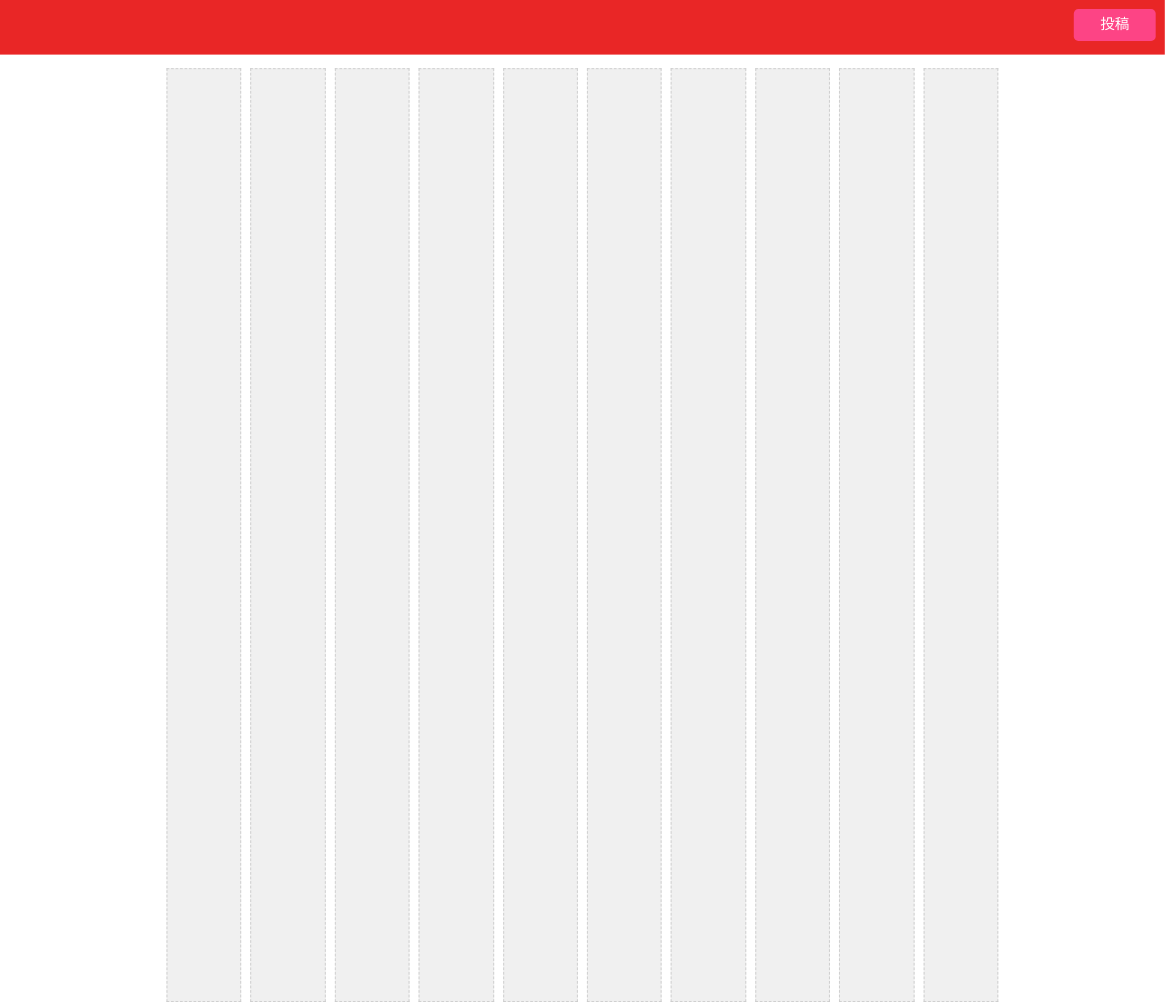
Repository: masaharu0090/yuibon_001
Page: http://localhost/html/index.php
The author's editor kept a copy of each file at every save. The page is drawn from the files as they stood at one save, then again after the next save.
The browser window is 1280 px wide. The pictures show the whole page, at 91% of full size.
The page is run by PHP 8.4 with error messages shown; the project is at /var/www/html/. Queries for data that is not in the repository find no rows.

Above is the page before, as saved 2023-08-01 17:49:48.
Not found: ImagePosting_08.04/style_2.css

After the next save:
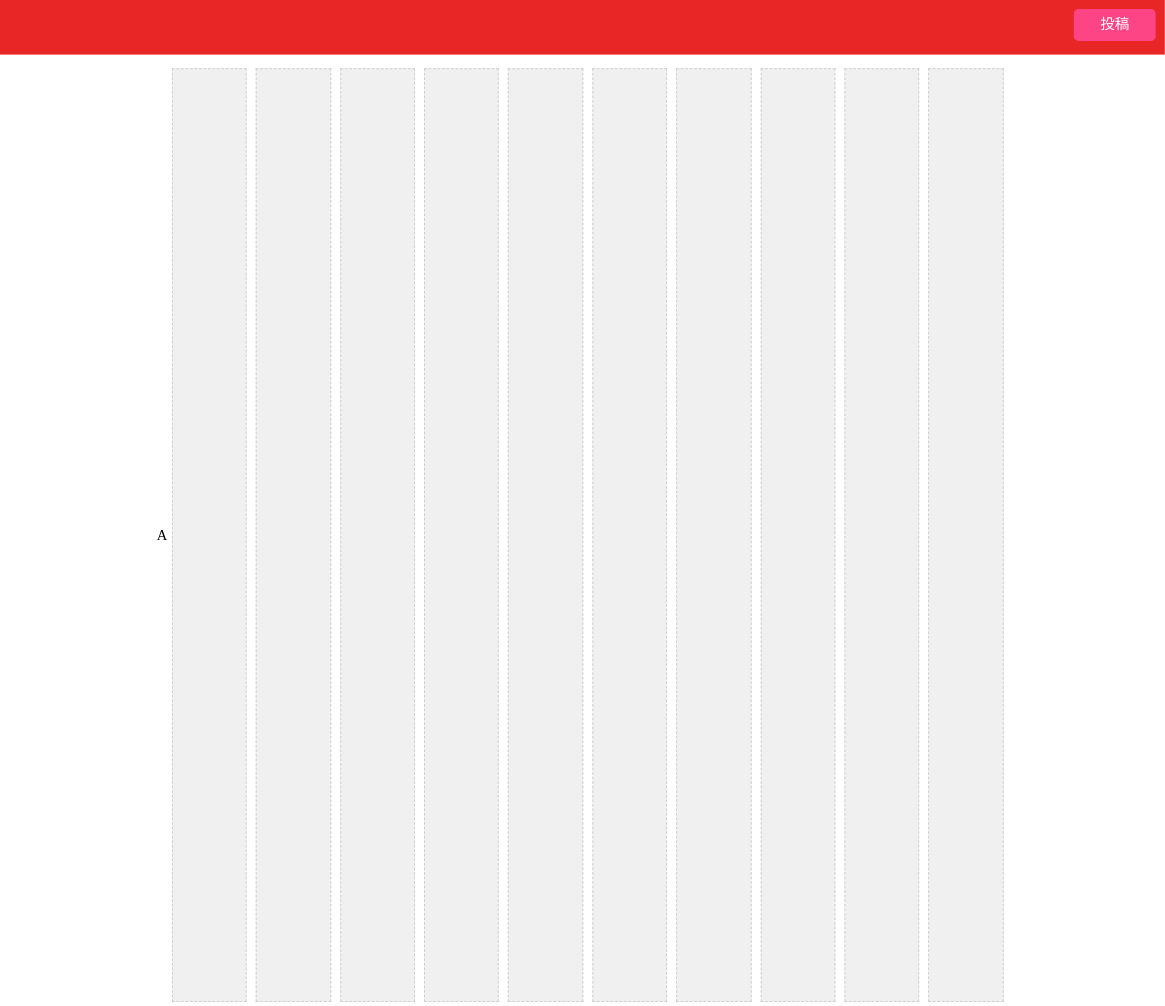
Saved 35 s later.
--- a/ImagePosting_08.04/html/index.php
+++ b/ImagePosting_08.04/html/index.php
@@ -12,6 +12,7 @@
   <?php include('../getDatas.php') ?>
   <?php include('./header.php') ?>
   <div class="imageList">
+    <P>A</P>
     <?php
       $imageCount = count($data); // 画像の数を取得
       $maxImageCount = 10; // 最大画像数を設定

After the save that followed:
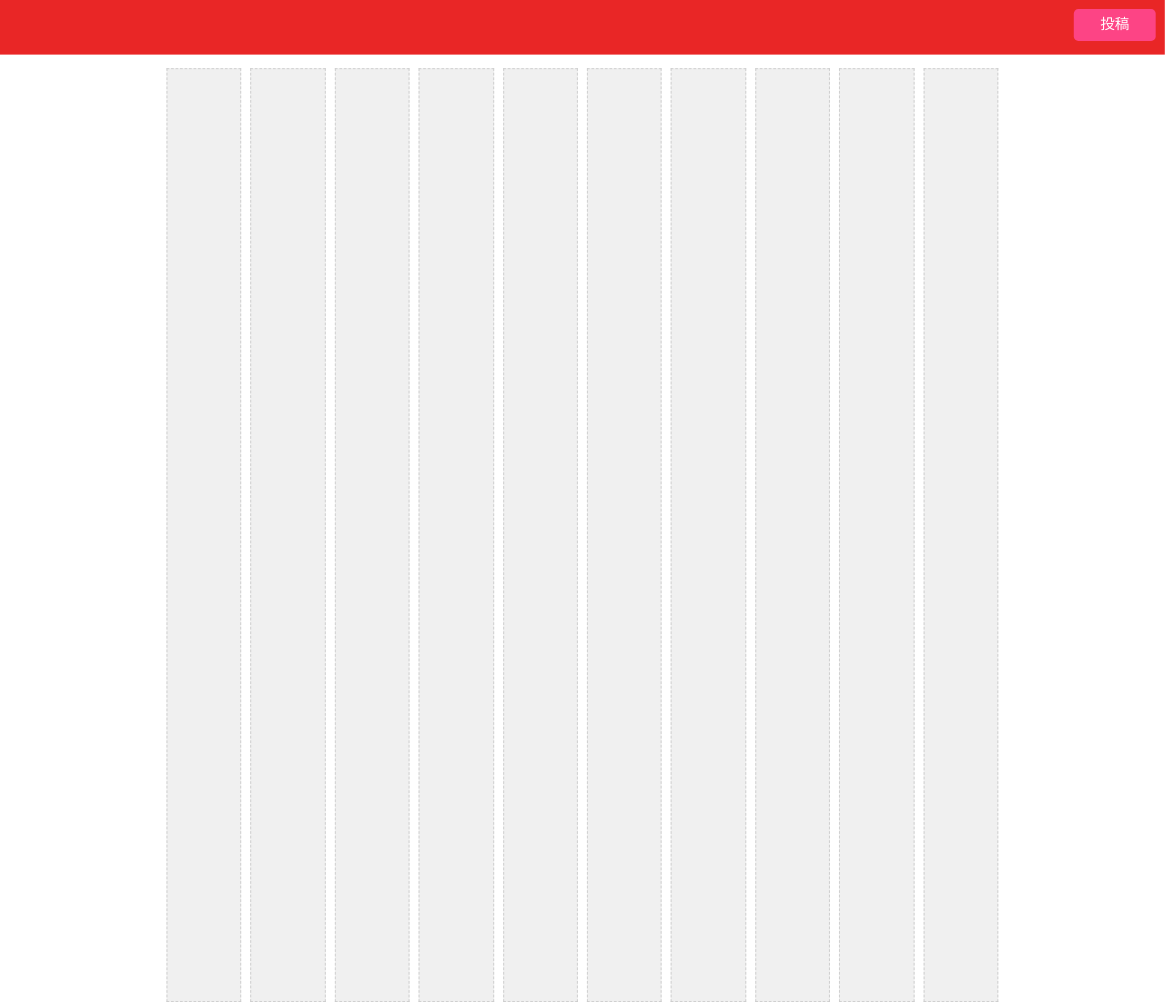
Saved 38 s later.
--- a/ImagePosting_08.04/html/index.php
+++ b/ImagePosting_08.04/html/index.php
@@ -4,7 +4,7 @@
   <meta charset="UTF-8">
   <meta http-equiv="X-UA-Compatible" content="IE=edge">
   <meta name="viewport" content="width=device-width, initial-scale=1.0">
-  <link rel="stylesheet" href="../style_2.css">
+  <link rel="stylesheet" href="../style.css">
   <title>画像投稿アプリ</title>
 </head>
 <body>
@@ -12,7 +12,7 @@
   <?php include('../getDatas.php') ?>
   <?php include('./header.php') ?>
   <div class="imageList">
-    <P>A</P>
+
     <?php
       $imageCount = count($data); // 画像の数を取得
       $maxImageCount = 10; // 最大画像数を設定
